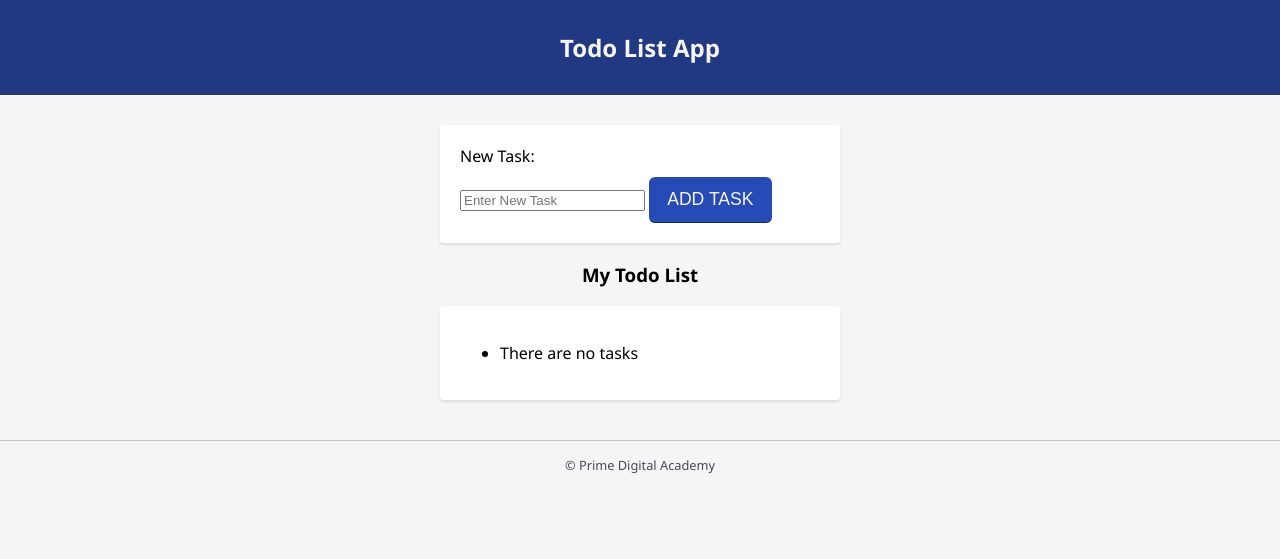
Repository: ryanmgregory/ursus-todo-list
Page: index.html
An editor plug-in stored every save of this project. The page is shown before and after the next save, followed by the edit.
The browser window is 1280 px wide. The pictures show the whole page.

Above is the page before, as saved 2020-03-19 23:05:05.

### index.html
<!DOCTYPE html>
<html lang="en">
  <head>
    <meta charset="UTF-8" />
    <meta name="viewport" content="width=device-width, initial-scale=1.0" />
    <link rel="stylesheet" href="style.css" />
    <script src="jquery-3.4.1.min.js" type="text/javascript"></script>
    <script src="javascript.js" type="text/javascript"></script>

    <title>Todo List</title>
  </head>
  <body>
    <header class="appBar">
      <h1 class="appBar-title">Todo List App</h1>
    </header>
    <!-- ASSIGNMENT CONTENT GOES BELOW HERE -->

    <!--Input field with "New Task" label.  "Add Task" BTN.  -->
    <div class="panel">
      <form class="js-form-add">
        <label class="fieldLabel">New Task:</label>
        <input class="js-input-task" type="text" placeholder="Enter New Task" />
        <button class="btn" type="submit">ADD TASK</button>
      </form>
    </div>

    <!-- h3 "My To Do List"  -->
    <h3>My Todo List</h3>
    <!-- <UL> <OL single item: "There are no tasks in it"/>  -->
    <div class="panel">
      <ul class="js-unordered-list">
        <li class="js-single-item-list">
          There are no tasks
        </li>
      </ul>
    </div>
    <footer class="footer">
      &copy; Prime Digital Academy
    </footer>
  </body>
</html>

### style.css
/* ----------------------------------------
** Element Resets
** ---------------------------------------- */

h3 {
  text-align: center;
}

html,
body {
  margin: 0;
  height: 100%;
  background-color: #f5f5f5;
  font-family: "Segoe UI", Tahoma, Geneva, Verdana, sans-serif;
}

/* ----------------------------------------
** Footer
** ---------------------------------------- */

.footer {
  margin: 40px 0 0;
  padding: 15px 20px;
  border-top: 1px solid rgb(0, 0, 0, 0.2);
  color: #474957;
  text-align: center;
  font-size: 0.8rem;
}

/* ----------------------------------------
** App Bar
** ---------------------------------------- */

.appBar {
  margin: 0 0 30px;
  padding: 15px 20px;
  background-color: #203982;
  color: #f5f5f5;
  text-align: center;
}

.appBar-title {
  font-size: 1.5rem;
}

/* ----------------------------------------
** Panel
** - wrapping element meant to give the look
**   of a raised box
** ---------------------------------------- */

.panel {
  margin: 0 auto;
  padding: 20px;
  max-width: 90%;
  width: 400px;
  box-sizing: border-box;
  background-color: #ffffff;
  border-radius: 3px;
  box-shadow: 0 2px 3px rgb(0, 0, 0, 0.1);
}

.panel + .panel {
  margin-top: 20px;
}

/* ----------------------------------------
** Button
** - interactive element for clickable buttons
** ---------------------------------------- */

.btn {
  padding: 12px 18px;
  box-sizing: border-box;
  border-radius: 6px;
  background: #274bb6;
  border-width: 0;
  border-bottom: 1px solid #102461;
  color: #f5f5f5;
  text-align: center;
  font-size: 1.1rem;
  text-transform: uppercase;
  cursor: pointer;
}

.btn:hover {
  background-color: #102461;
}

.btn:disabled {
  border-width: 0;
  background-color: #b2b6d3;
  cursor: not-allowed;
}

.btn_fullWidth {
  width: 100%;
}

/* ----------------------------------------
** Form Fields
** - styling for both standard input and label
** ---------------------------------------- */

.fieldLabel {
  display: block;
  margin: 0 0 10px;
}

.js-form-ad {
  margin: 0 0 20px;
  padding: 10px;
  width: 100%;
  box-sizing: border-box;
  border-radius: 6px;
  border: 1px solid #474957;
  font-size: 1.2rem;
}

/* ----------------------------------------
** Stacked List
** - meant for the element wrapping a list
**   of items
** ---------------------------------------- */

.stackedList {
  margin: 0;
  padding: 0;
  list-style: none;
}

.stackedList > * {
  display: flex;
  justify-content: space-between;
  align-items: center;
  padding: 10px;
  width: 100%;
  box-sizing: border-box;
}

.stackedList > * + * {
  border-top: 1px solid #75788d;
}

/* ----------------------------------------
** Actions and State
** - utility classes to alter a visual
** ---------------------------------------- */

.isComplete {
  background-color: #a8f0d4;
}

### javascript.js
$(document).ready(init);
// create addTask ready on page load
const todoArray = [];

function init() {
  $(".js-form-add").on("click", ".btn", addTask);
  $(".js-unordered-list").on("click", ".js-btn-complete", toggleBtn);
}

const taskObject = {
  taskName: $(".js-input-task").val(),
  complete: false
};
// addTask function to receive task (as object) into array
// create object with name (string) & complete (boolean)
// added prevent default event to stop the page from reloading

function addTask(event) {
  event.preventDefault();
  console.log("in addTask");

  const taskObject = {
    taskName: $(".js-input-task").val(),
    complete: false
  };
  todoArray.push(taskObject);
  console.log("to do array:", todoArray);
  emptyField();
  render();
}

// empty input field after addTask
function emptyField() {
  $(".js-input-task").val("");
}

// Display object from array on <ul> on DOM
// empty array before each push
function render() {
  $(".js-unordered-list").empty();
  for (let i = 0; i < todoArray.length; i++) {
    const individualTask = todoArray[i];
    $(".js-unordered-list").append(`
        <div>
        <li>${individualTask.taskName} <button class="js-btn-complete">COMPLETE</button>  </li>
        <div>
        `);
  }
}

// btn click event to change value of object to true

function toggleBtn() {
  $(this.value === false);
}

//   console.log("in ToGgLe!!!");
//   if (($(this.parent()) = false)) {
//     console.log("its false");
//   }
//   if (($(this.parent()) = true)) {
//     console.log("its true");
//   }
// }

//   for (let i = 0; i < todoArray.length; i++) {
//     const individualTask = todoArray[i];
//     $(this).toggle($({.complete} = true));
//   }

// // console.log("todoArray:", todoArray);

// function toggleBtn() {
//   console.log("in ToGgLe!!!");
//   console.log("todoArray:", todoArray);
//   for (let i = 0; i < todoArray.length; i++) {
//     const individualTask = todoArray[i];
//     $(".js-unordered-list").append(`
//   <div>
//   <button class="js-btn-complete"${(individualTask.complete = true)}>COMPLETE</button>  </li>
//   <div>
//   `);
//   }
// }

Loaded but not shown: jquery-3.4.1.min.js (library)

After the next save:
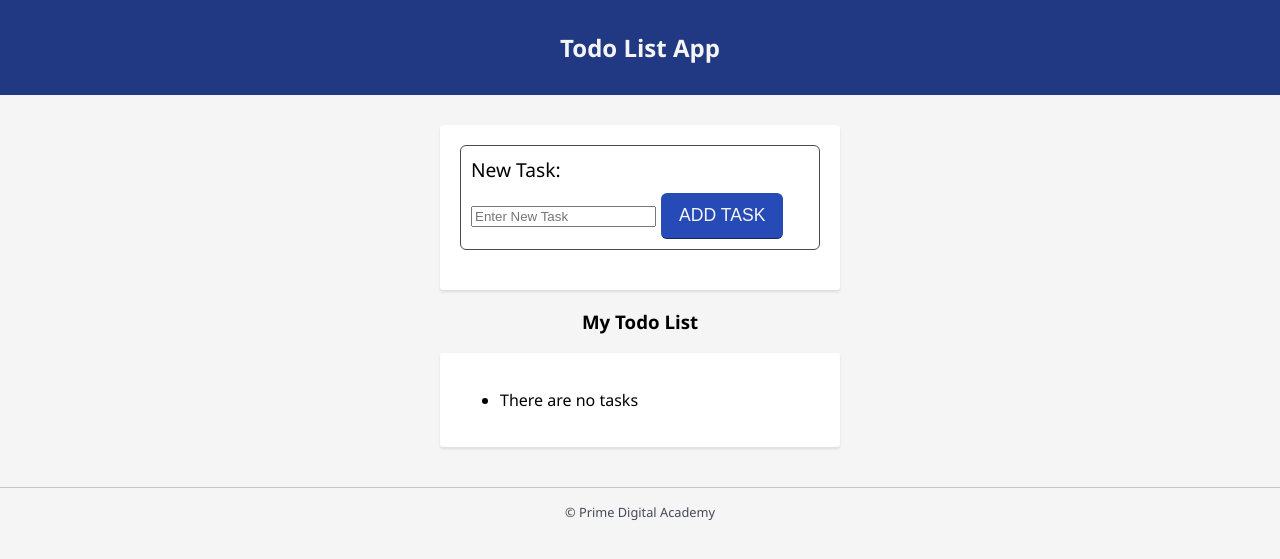
Saved 9 s later.
--- a/style.css
+++ b/style.css
@@ -107,7 +107,7 @@
   margin: 0 0 10px;
 }
 
-.js-form-ad {
+.js-form-add {
   margin: 0 0 20px;
   padding: 10px;
   width: 100%;

After the save that followed:
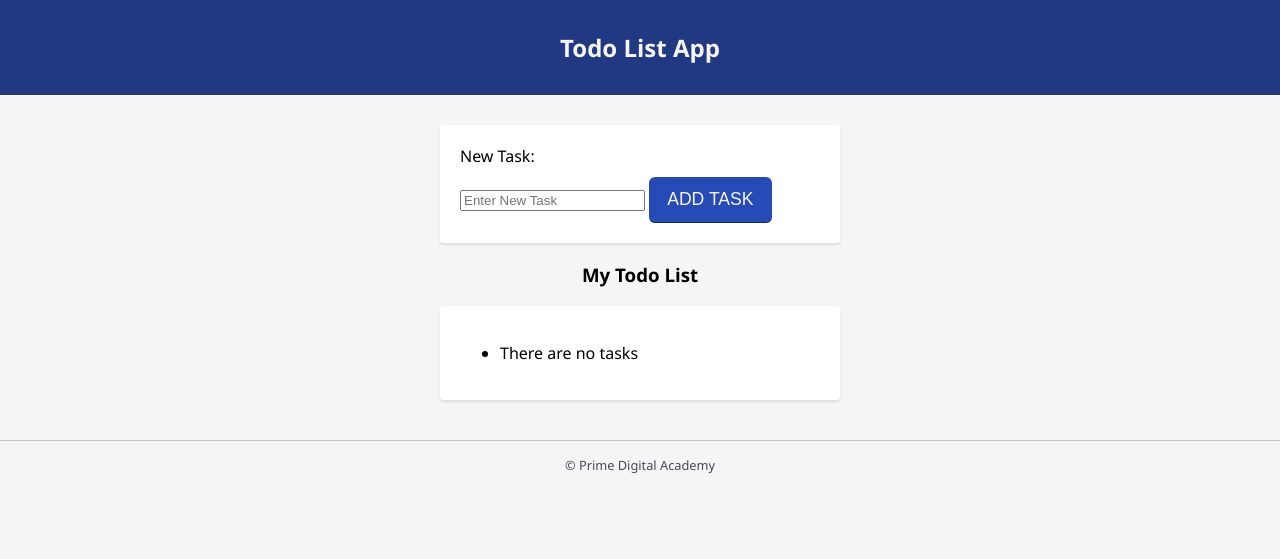
Saved 9 s later.
--- a/style.css
+++ b/style.css
@@ -107,7 +107,7 @@
   margin: 0 0 10px;
 }
 
-.js-form-add {
+.field {
   margin: 0 0 20px;
   padding: 10px;
   width: 100%;
